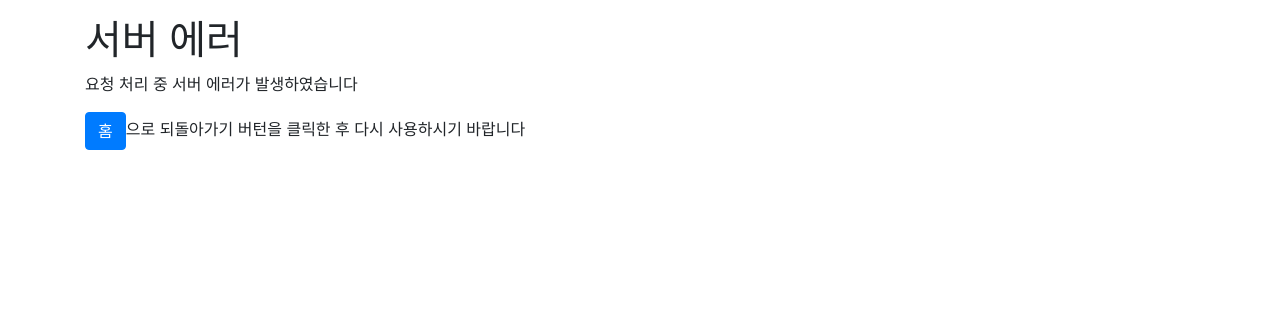
Repository: Hayebeom/workspace
Page: http://localhost/spring-mvc/WEB-INF/views/error/server-error.jsp
These files come from the project's save history. The page is drawn as it stood at one moment and after the next save; the edit follows.
The browser window is 1280 px wide. The pictures show the whole page.
The page is served by Tomcat 9. Nobody is signed in. Other server files are loaded and not shown. The template is opened directly, without the code that normally fills it, so the values that code supplies are empty.

Above is the page before, as saved 2020-08-03 03:26:13.

### spring-mvc/src/main/webapp/WEB-INF/views/error/server-error.jsp
<%@ page language="java" contentType="text/html; charset=UTF-8"
    pageEncoding="UTF-8"%>
<%@ taglib prefix="c" uri="http://java.sun.com/jsp/jstl/core" %>
<%@ taglib prefix="fmt" uri="http://java.sun.com/jsp/jstl/fmt" %>
<!DOCTYPE html>
<html>
<head>
<meta charset="UTF-8">
<meta name="viewport" content="width=device-width, initial-scale=1">
<link rel="stylesheet" href="/resources/bootstrap/css/bootstrap.min.css">
<title>자유 게시판 :: 에러 페이지</title>
</head>
<body>
	<div class="container mt-3 mb-5">
		<div class="row">
			<div class="col-12">
				<div class="jumbtron">
					<h1>서버 에러</h1>
					<p>요청 처리 중 서버 에러가 발생하였습니다</p>
					<p><a href="/home.do" class="btn btn-primary">홈</a>으로 되돌아가기 버턴을 클릭한 후 다시 사용하시기 바랍니다</p>
				</div>
			</div>
		</div>
	</div>
</body>
</html>

Loaded but not shown: spring-mvc/src/main/webapp/resources/bootstrap/css/bootstrap.min.css (library)

After the next save:
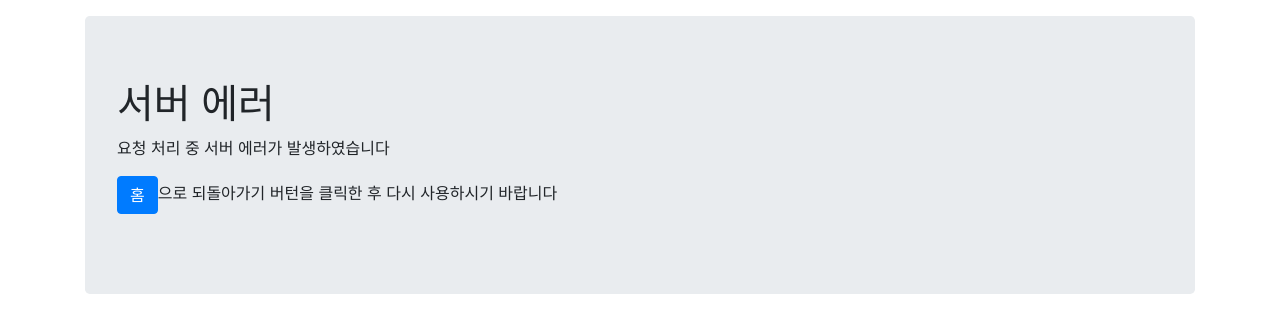
Saved 46 s later.
--- a/spring-mvc/src/main/webapp/WEB-INF/views/error/server-error.jsp
+++ b/spring-mvc/src/main/webapp/WEB-INF/views/error/server-error.jsp
@@ -14,7 +14,7 @@
 	<div class="container mt-3 mb-5">
 		<div class="row">
 			<div class="col-12">
-				<div class="jumbtron">
+				<div class="jumbotron">
 					<h1>서버 에러</h1>
 					<p>요청 처리 중 서버 에러가 발생하였습니다</p>
 					<p><a href="/home.do" class="btn btn-primary">홈</a>으로 되돌아가기 버턴을 클릭한 후 다시 사용하시기 바랍니다</p>
